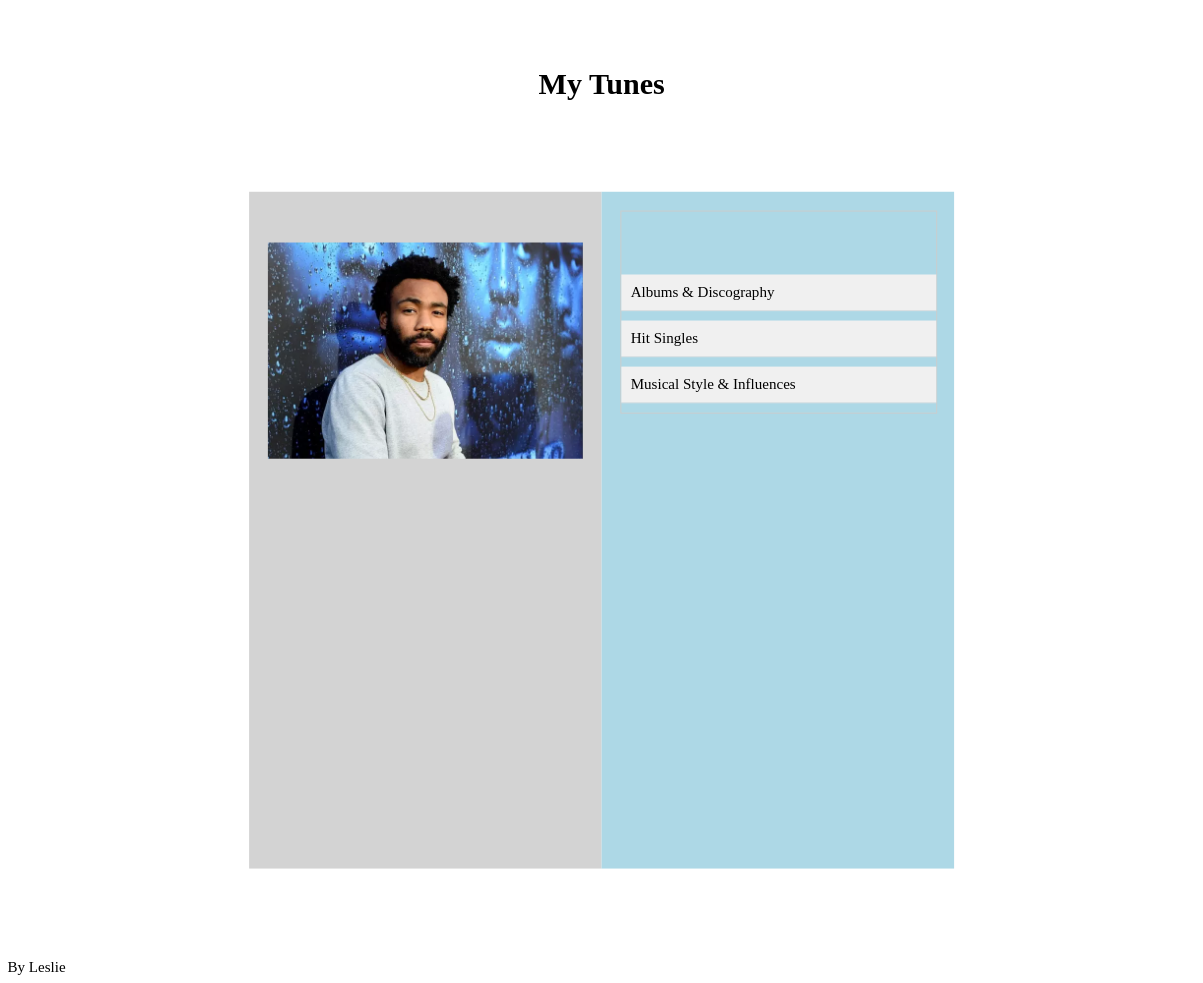
Repository: leslie179/labOne
Page: /
An editor plug-in stored every save of this project. The page is shown before and after the next save, followed by the edit.
The browser window is 1280 px wide. The pictures show the whole page, at 94% of full size.
The project was rebuilt for these pictures with package versions that can differ from the ones it lists, and the page was loaded fresh each time. The framework's server and built-in components were replaced by stand-ins that run in the browser. Also part of the build but not shown: next.config.js, components/Footer/Footer.module.css.

Above is the page before, as saved 2024-09-15 22:09:00.

After the next save:
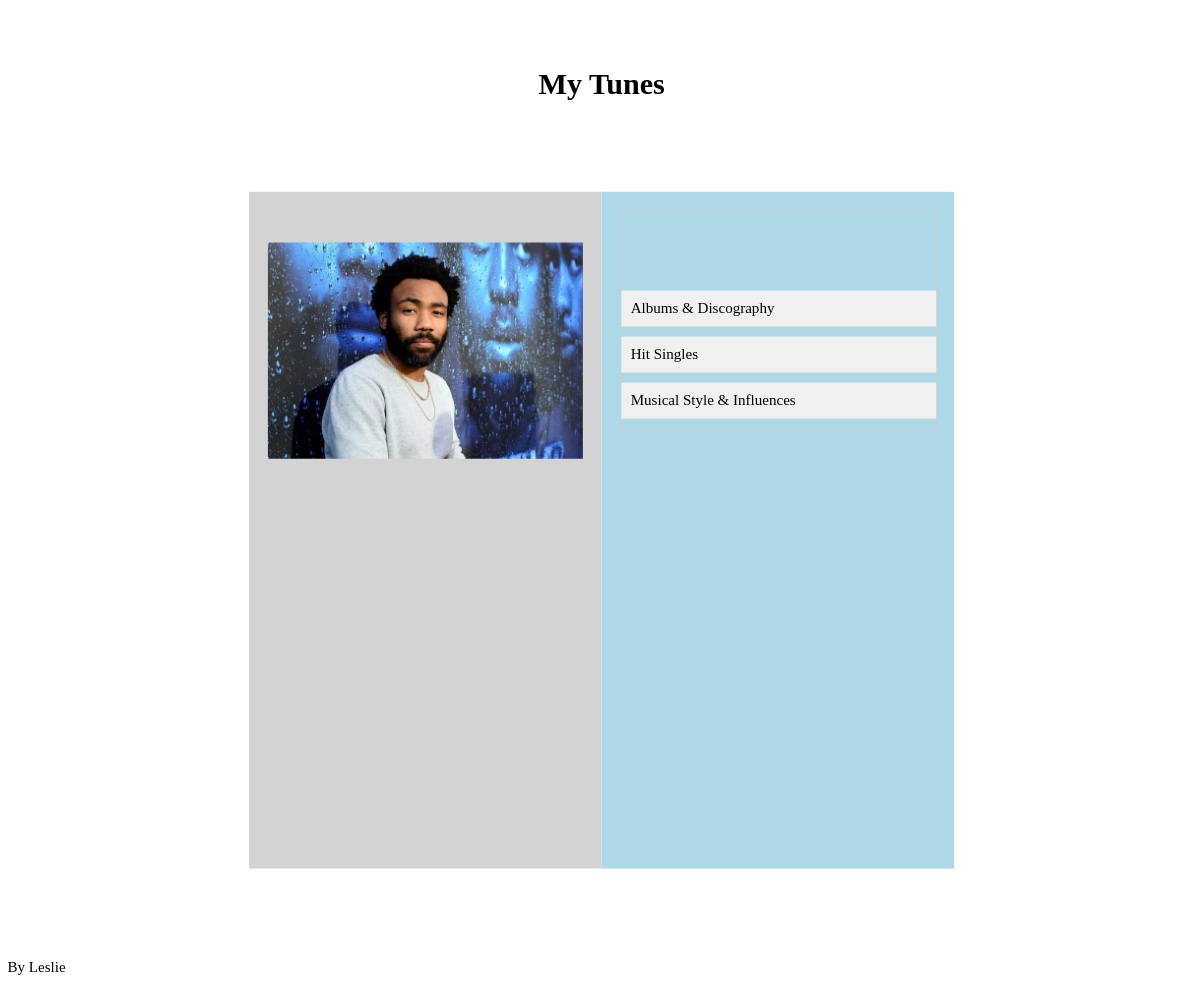
Saved 7 s later.
--- a/components/RightComponent/RightComponent.module.css
+++ b/components/RightComponent/RightComponent.module.css
@@ -10,7 +10,7 @@
 .accordion {
     border: 1px solid #ccc;
     width: 100%;
-    padding-top: 20%;
+    padding-top: 25%;
 }
 
 .item {
